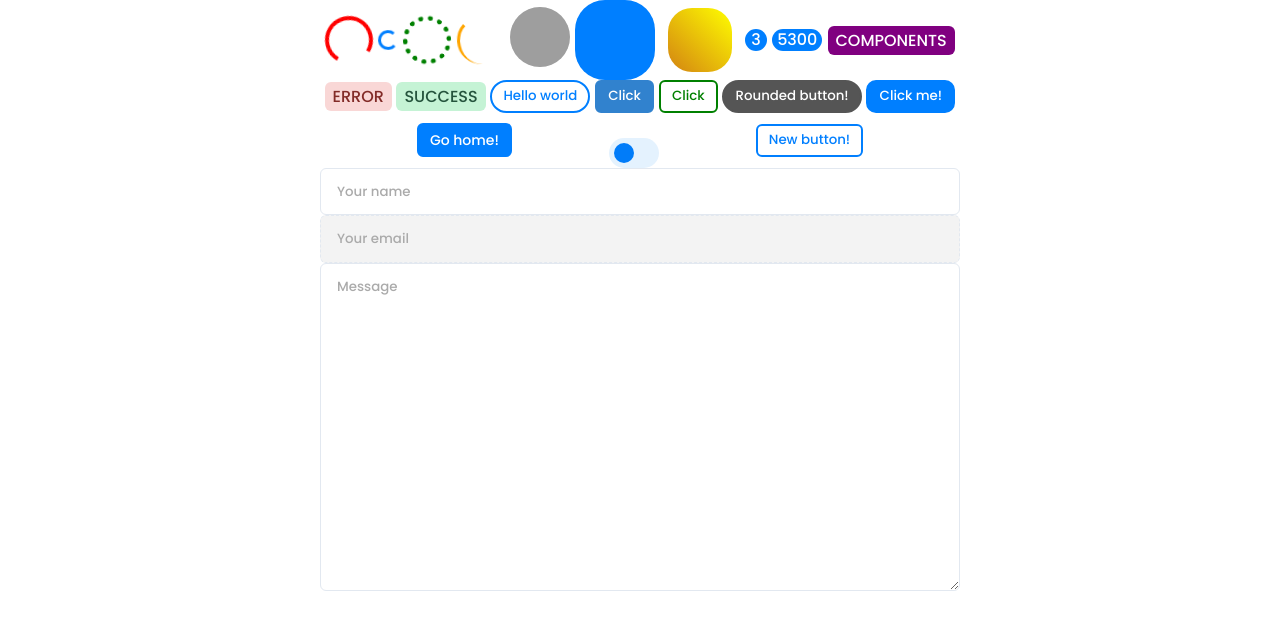
Repository: langf00rd/milky-ui
Page: / (app in example/)
The author's editor kept a copy of each file at every save. The page is drawn from the files as they stood at one save, then again after the next save.
The browser window is 1280 px wide. The pictures show the whole page.
Pictures or frames that could not be fetched are drawn as grey boxes. The project was rebuilt for these pictures with package versions that can differ from the ones it lists, and the page was loaded fresh each time.

Above is the page before, as saved 2022-08-12 13:51:41.

### example/public/index.html
<!DOCTYPE html>
<html lang="en">
  <head>
    <meta charset="utf-8" />
    <link rel="shortcut icon" href="%PUBLIC_URL%/favicon.ico" />
    <meta
      name="viewport"
      content="width=device-width, initial-scale=1, shrink-to-fit=no"
    />
    <meta name="theme-color" content="#000000" />

    <!--
      manifest.json provides metadata used when your web app is added to the
      homescreen on Android. See https://developers.google.com/web/fundamentals/engage-and-retain/web-app-manifest/
    -->
    <link rel="manifest" href="%PUBLIC_URL%/manifest.json" />

    <!--
      Notice the use of %PUBLIC_URL% in the tags above.
      It will be replaced with the URL of the `public` folder during the build.
      Only files inside the `public` folder can be referenced from the HTML.

      Unlike "/favicon.ico" or "favicon.ico", "%PUBLIC_URL%/favicon.ico" will
      work correctly both with client-side routing and a non-root public URL.
      Learn how to configure a non-root public URL by running `npm run build`.
    -->
    <title>milky-ui</title>
  </head>

  <body>
    <noscript>
      You need to enable JavaScript to run this app.
    </noscript>

    <div id="root"></div>

    <!--
      This HTML file is a template.
      If you open it directly in the browser, you will see an empty page.

      You can add webfonts, meta tags, or analytics to this file.
      The build step will place the bundled scripts into the <body> tag.

      To begin the development, run `npm start` or `yarn start`.
      To create a production bundle, use `npm run build` or `yarn build`.
    -->
  </body>
</html>

### example/src/index.css
@import url('https://fonts.googleapis.com/css2?family=Poppins:wght@300;400;500;600&display=swap');

body {
  margin: 0;
  padding: 0;
  font-family: -apple-system, BlinkMacSystemFont, 'Segoe UI', 'Roboto', 'Oxygen',
    'Ubuntu', 'Cantarell', 'Fira Sans', 'Droid Sans', 'Helvetica Neue',
    sans-serif;
  -webkit-font-smoothing: antialiased;
  -moz-osx-font-smoothing: grayscale;
}

* {
  font-family: 'Poppins', sans-serif;
  font-weight: 500;
}

code {
  font-family: source-code-pro, Menlo, Monaco, Consolas, 'Courier New',
    monospace;
}

main {
  display: flex;
  align-items: center;
  flex-wrap: wrap;
  justify-content: space-evenly;
  /*height: 20vh;*/
  width: 50vw;
  margin: auto;
  /*margin-top: 100px;*/
}

input {
  /*margin: 20px;*/
}

### example/src/App.js
import React from "react";
import { useState } from "react";
import { Avatar, Label,Spinner, Meta, Badge, Switch, Button, Input, OutlineButton } from "milky-ui";

const App = () => {
  const [isSwitched, setIsSwitched] = useState(false);

  const buttonClick=()=>{
    alert("Yay! button clicked")
  }

  return (
    <main>
      <Meta
        title="Milky UI Components"
        description="Random description"
        twitterDescription="Twitter description"
        image="https://blog.urbanpiper.com/content/images/2021/06/logo-react.png"
      />
      <Spinner speed={'.5s'} thickness={'4px'} color={'red'} />
      <Spinner thickness={'3px'} size={'20px'} />
      <Spinner color={'green'} variant={1} />
      <Spinner color={'orange'} variant={2} />
      <Avatar src="https://blog.urbanpiper.com/content/images/2021/06/logo-react.png" />
      <Avatar isEmpty={true} radius="30px" bg="#007fff" size="80px" />
      <Avatar isEmpty={true} custom={"transform: scale(.8)"} radius="30px" bg="linear-gradient(45deg, #D38312, yellow)"
              size="80px" />
      <Badge label="3" />
      <Badge label="5300" />
      <Label textColor='lime' bg='purple' text='COMPONENTS' />
      <Label type='error' text='ERROR' />
      <Label type='success' text='SUCCESS' />
      <OutlineButton label={"Hello world"} radius={"1000px"} hoverColor={"red"} />
      <Button bg='#3182ce' label='Click'/>
      <OutlineButton color='green' label='Click'/>
      <Button hoverBg={"green"} radius="9999px" label="Rounded button!" bg={"#555"} />
      <Button radius={"10px"} action={buttonClick} label="Click me!" />
      <Button to={"/home"} label={"Go home!"} />
      <Switch onChange={() => {
        setIsSwitched(!isSwitched);
      }} value={isSwitched} />
      <OutlineButton action={buttonClick} label="New button!" />
      <Input placeholder="Your name" />
      <Input borderStyle='dashed' disabled placeholder="Your email" />
      <Input isMultiline={true} height="300px" resize="vertical" placeholder="Message" />
    </main>
  );
};

export default App;

### src/index.js
export { OutlineButton } from './components/buttons/OutlineButton'
export { Button } from './components/buttons/Button'
export { Input } from './components/inputs/Input'
export { Spinner } from './components/Spinner'
export { Switch } from './components/Switch'
export { Avatar } from './components/Avatar'
export { Badge } from './components/Badge'
export { Label } from './components/Label'
export { Meta } from './components/Meta'

### src/components/buttons/OutlineButton/index.js
import React from 'react'
import { StyledOutlinedButton } from './styles'

export const OutlineButton = ({
  height = '',
  width = '',
  radius = '',
  color = '',
  hoverColor = '',
  label = '',
  action = () => {},
  custom
}) => {
  return (
    <StyledOutlinedButton
      height={height}
      width={width}
      hoverColor={hoverColor}
      radius={radius}
      color={color}
      onClick={action}
      custom={custom}
    >
      {label}
    </StyledOutlinedButton>
  )
}

### src/components/buttons/Button/index.js
import React from 'react'
import { StyledMButton, StyledMLinkButton } from './styles'

const LinkButton = ({ props }) => {
  const {
    bg,
    to,
    radius,
    label,
    height,
    width,
    borderColor,
    textColor,
    hoverTextColor,
    hoverBg,
    action,
    custom
  } = props
  return (
    <StyledMLinkButton
      bg={bg}
      href={to}
      radius={radius}
      height={height}
      width={width}
      borderColor={borderColor}
      textColor={textColor}
      hoverTextColor={hoverTextColor}
      hoverBg={hoverBg}
      onClick={action}
      custom={custom}
    >
      {label}
    </StyledMLinkButton>
  )
}

/***/

const DefaultButton = ({ props }) => {
  const {
    bg,
    radius,
    label,
    height,
    width,
    borderColor,
    textColor,
    hoverTextColor,
    hoverBg,
    action,
    custom
  } = props
  return (
    <StyledMButton
      bg={bg}
      radius={radius}
      height={height}
      width={width}
      borderColor={borderColor}
      textColor={textColor}
      hoverTextColor={hoverTextColor}
      hoverBg={hoverBg}
      onClick={action}
      custom={custom}
    >
      {label}
    </StyledMButton>
  )
}

export const Button = (props) => {
  const { to } = props
  if (to) return <LinkButton props={props} />
  return <DefaultButton props={props} />
}

### src/components/inputs/Input/index.js
import React from 'react'
import { StyledInput, StyledMultilineInput } from './styles'

export const Input = ({
  disabled = false,
  height = '',
  resize = '',
  padding = '',
  isMultiline = false,
  onChange = () => {},
  value,
  focusBg = '',
  focusBorderColor = '',
  width = '',
  radius = '',
  placeholder = '',
  borderStyle = '',
  placeholderColor = '',
  borderColor = '',
  bg = '',
  borderWidth = '',
  custom
}) => {
  if (isMultiline)
    return (
      <StyledMultilineInput
        focusBorderColor={focusBorderColor}
        placeholder={placeholder}
        onChange={onChange}
        disabled={disabled}
        custom={custom}
        focusBg={focusBg}
        padding={padding}
        borderWidth={borderWidth}
        resize={resize}
        radius={radius}
        height={height}
        value={value}
        borderStyle={borderStyle}
        placeholderColor={placeholderColor}
        borderColor={borderColor}
        width={width}
        bg={bg}
      />
    )

  return (
    <StyledInput
      focusBorderColor={focusBorderColor}
      placeholder={placeholder}
      onChange={onChange}
      disabled={disabled}
      focusBg={focusBg}
      padding={padding}
      borderWidth={borderWidth}
      radius={radius}
      borderStyle={borderStyle}
      placeholderColor={placeholderColor}
      borderColor={borderColor}
      value={value}
      width={width}
      bg={bg}
    />
  )
}

### src/components/Spinner/index.js
import React from 'react'
import { StyledSpinner, StyledSpinner1, StyledSpinner2 } from './styles'

export const Spinner = (props) => {
  const { size, color, variant, thickness, speed } = props
  if (variant === 1)
    return (
      <StyledSpinner1
        thickness={thickness}
        speed={speed}
        size={size}
        color={color}
      />
    )
  if (variant === 2)
    return (
      <StyledSpinner2
        thickness={thickness}
        speed={speed}
        size={size}
        color={color}
      />
    )
  return (
    <StyledSpinner
      thickness={thickness}
      speed={speed}
      size={size}
      color={color}
    />
  )
}

### src/components/Switch/index.js
import React from 'react'
import { StyledLabel, StyledSwitch } from './style'

export const Switch = ({
  value = false,
  onChange = () => {},
  thumbColor = '',
  activeColor = '',
  inactiveColor = ''
}) => {
  return (
    <span>
      <StyledSwitch
        activeColor={activeColor}
        checked={value}
        onChange={onChange}
        type='checkbox'
        id='switch'
      />
      <StyledLabel
        thumbColor={thumbColor}
        inactiveColor={inactiveColor}
        htmlFor='switch'
      />
    </span>
  )
}

### src/components/Avatar/index.js
import React from 'react'
import { StyledAvatar, StyledAvatarWrapper, StyledEmptyAvatar } from './styles'

export const Avatar = ({
  action = () => {},
  alt = '',
  bg = '',
  isEmpty = false,
  fit = '',
  size = '',
  src = '',
  radius = '',
  custom
}) => {
  if (isEmpty)
    return (
      <StyledAvatarWrapper>
        <StyledEmptyAvatar
          fit={fit}
          bg={bg}
          custom={custom}
          size={size}
          radius={radius}
          src={src}
          onClick={action}
          isEmpty={isEmpty}
        />
      </StyledAvatarWrapper>
    )

  return (
    <StyledAvatarWrapper>
      <StyledAvatar
        fit={fit}
        bg={bg}
        custom={custom}
        size={size}
        radius={radius}
        src={src}
        alt={alt}
        onClick={action}
        isEmpty={isEmpty}
      />
    </StyledAvatarWrapper>
  )
}

### src/components/Badge/index.js
import React from 'react'
import { StyledBadge } from './styles'

export const Badge = ({
  label = '',
  bg = '',
  size = '',
  textColor = '',
  radius = '',
  fontSize = '',
  custom
}) => {
  return (
    <StyledBadge
      bg={bg}
      textColor={textColor}
      radius={radius}
      fontSize={fontSize}
      size={size}
      custom={custom}
    >
      {label}
    </StyledBadge>
  )
}

### src/components/Label/index.js
import React from 'react'
import { StyledErrorLabel, StyledLabel, StyledSucessLabel } from './styles'

export const Label = (props) => {
  const { text, textColor, bg, type } = props
  if (type === 'success') return <StyledSucessLabel>{text}</StyledSucessLabel>
  if (type === 'error') return <StyledErrorLabel>{text}</StyledErrorLabel>
  return (
    <StyledLabel color={textColor} bg={bg}>
      {text}
    </StyledLabel>
  )
}

### src/components/buttons/OutlineButton/styles.js
import styledComponents from 'styled-components'
import { constStyles } from '../../../constants/styles.const'

export const StyledOutlinedButton = styledComponents.button`
    // padding: .7rem 1.3rem;
    // height: ${(p) => (p.height ? p.height : '')};
    // width: ${(p) => (p.width ? p.width : 'max-content')};
    // border: 2.3px solid ${(p) => (p.color ? p.color : '#007fff')};
    // cursor: pointer;
    // border-radius: ${(p) => (p.radius ? p.radius : '10px')};
    // background: transparent;
    // color: ${(p) => (p.color ? p.color : '#007fff')};
    // transition: 0.1s linear;
    // display:flex;
    // align-items:center;
    // justify-content:center;
    // user-select: none;

    border-radius: ${(p) => (p.radius ? p.radius : constStyles.radius)};
    border: 2.3px solid ${(p) => (p.color ? p.color : '#007fff')};
    width: ${(p) => (p.width ? p.width : 'max-content')};
    color: ${(p) => (p.color ? p.color : '#007fff')};
    height: ${(p) => (p.height ? p.height : '')};
    cursor: pointer;
    background: transparent;
    transition: 0.1s linear;
    align-items:center;
    justify-content:center;
    user-select: none;
    display: inline-flex;
    -webkit-box-align: center;
    white-space: nowrap;
    vertical-align: middle;
    line-height: 1.2;
    padding: 0.4rem 0.7rem;

    &:hover  {
        color: ${(p) => (p.hoverColor ? p.hoverColor : p.hoverColor)};
        border-color: ${(p) => (p.hoverColor ? p.hoverColor : p.hoverColor)};
    }

    &:active {
        box-shadow: rgb(38 57 77) 0px 6px 21px -11px;
        transform: scale(0.9);
    }

    ${(p) => (p.custom ? p.custom : null)};
`

### src/components/buttons/Button/styles.js
import styledComponents from 'styled-components'
import { constStyles } from '../../../constants/styles.const'

export const StyledMButton = styledComponents.button`
    border-radius: ${(p) => (p.radius ? p.radius : constStyles.radius)};
    border: 2.3px solid ${(p) => (p.bg ? p.bg : '#007fff')};
    color: ${(p) => (p.textColor ? p.textColor : '#fff')};
    width: ${(p) => (p.width ? p.width : 'max-content')};
    background: ${(p) => (p.bg ? p.bg : '#007fff')};
    height: ${(p) => (p.height ? p.height : '')};
    cursor: pointer;
    transition: 0.1s linear;
    align-items:center;
    justify-content:center;
    user-select: none;
    display: inline-flex;
    -webkit-box-align: center;
    white-space: nowrap;
    vertical-align: middle;
    line-height: 1.2;
    padding: 0.4rem 0.7rem;

    &:hover {
        color: ${(p) => (p.hoverTextColor ? p.hoverTextColor : p.textColor)};
        border-color: ${(p) => (p.hoverBg ? p.hoverBg : p.hoverBg)};
        background: ${(p) => (p.hoverBg ? p.hoverBg : p.bg)};
    }

    &:active {
        transform: scale(0.9);
        box-shadow: rgb(38 57 77) 0px 6px 21px -11px;
    }

    ${(p) => (p.custom ? p.custom : null)};
`

/***/

export const StyledMLinkButton = styledComponents.a`
    height: ${(p) => (p.height ? p.height : '')};
    width: ${(p) => (p.width ? p.width : 'max-content')};
    border: 2.3px solid ${(p) => (p.bg ? p.bg : '#007fff')};
    cursor: pointer;
    border-radius: ${(p) => (p.radius ? p.radius : constStyles.radius)};
    background: ${(p) => (p.bg ? p.bg : '#007fff')};
    color: ${(p) => (p.textColor ? p.textColor : '#fff')};
    transition: 0.1s linear;
    align-items:center;
    justify-content:center;
    user-select: none;
    display: inline-flex;
    -webkit-box-align: center;
    white-space: nowrap;
    vertical-align: middle;
    line-height: 1.2;
    padding: 0.4rem 0.7rem;
    text-decoration: none;
    font-size: 14px;

    &:hover,
    &:active {
        color: ${(p) => (p.bg ? p.bg : p.textColor)};
        background: ${(p) => (p.hoverBg ? p.hoverBg : p.bg)};
        border-color: ${(p) => (p.hoverBg ? p.hoverBg : p.hoverBg)};
    }

    &:active {
        transform: scale(0.9);
        box-shadow: rgb(38 57 77) 0px 6px 21px -11px;
    }

    ${(p) => (p.custom ? p.custom : null)};
`

### src/components/inputs/Input/styles.js
import styledComponents from 'styled-components'
import { colors } from '../../../constants/colors.const'
import { constStyles } from '../../../constants/styles.const'

export const StyledInput = styledComponents.input`
    border-color: ${(p) =>
      p.borderColor ? p.borderColor : colors.borderColor};
    border-width: ${(p) => (p.borderWidth ? p.borderWidth : '1px')};
    border-radius: ${(p) => (p.radius ? p.radius : constStyles.radius)};
    border-style: ${(p) => (p.borderStyle ? p.borderStyle : 'solid')};
    padding: 0.8rem 1rem;
    background: ${(p) => (p.bg ? p.bg : '#fff')};
    width: ${(p) => (p.width ? p.width : '100%')};
    outline-color: ${(p) =>
      p.focusBorderColor ? p.focusBorderColor : colors.inputOutlineColor};

    &:focus {
      box-shadow: 0 0 10px 0px ${colors.shadowColor};
      background: ${(p) => (p.focusBg ? p.focusBg : '#fff')};
    }

    &:disabled {
        background: ${colors.disabledInputColor};
    }

    &::placeholder {
      color: ${(p) =>
        p.placeholderColor ? p.placeholderColor : colors.placeholderColor}
    }

    ${(p) => (p.custom ? p.custom : null)};
`

export const StyledMultilineInput = styledComponents.textarea`
    outline-color: ${(p) =>
      p.focusBorderColor ? p.focusBorderColor : colors.inputOutlineColor};
    height: ${(p) => (p.height ? p.height : '')};
    resize ${(p) => (p.resize ? p.resize : 'none')};
    border-color: ${(p) =>
      p.borderColor ? p.borderColor : colors.borderColor};
      border-width: ${(p) => (p.borderWidth ? p.borderWidth : '1px')};
    border-radius: ${(p) => (p.radius ? p.radius : constStyles.radius)};
    border-style: ${(p) => (p.borderStyle ? p.borderStyle : 'solid')};
    background: ${(p) => (p.bg ? p.bg : '#fff')};
    width: ${(p) => (p.width ? p.width : '100%')};
    font-family: inherit;
    padding: 0.8rem 1rem;
    text-align: left;

    &:focus {
      background: ${(p) => (p.focusBg ? p.focusBg : '#fff')};
      box-shadow: 0 0 10px 0px ${colors.shadowColor};
    }

    &:disabled {
        background: ${colors.disabledInputColor};
    }

    &::placeholder {
      color: ${(p) =>
        p.placeholderColor ? p.placeholderColor : colors.placeholderColor}
    }

    ${(p) => (p.custom ? p.custom : null)};
`

### src/components/Spinner/styles.js
import styledComponents from 'styled-components'
import { colors } from '../../constants/colors.const'

export const StyledSpinner = styledComponents.div`
  width: ${(p) => (p.size ? p.size : '48px')};
  height: ${(p) => (p.size ? p.size : '48px')};
  border: ${(p) => (p.thickness ? p.thickness : '4px')} solid ${(p) =>
  p.color ? p.color : colors.primary};
  border-bottom-color: transparent;
  border-radius: 50%;
  display: inline-block;
  box-sizing: border-box;
  animation: rotation  ${(p) => (p.speed ? p.speed : '2s')} linear infinite;

  @keyframes rotation {
  0% { transform: rotate(0deg); }
  100% { transform: rotate(360deg); }
`

/***/

export const StyledSpinner1 = styledComponents.div`
  width: ${(p) => (p.size ? p.size : '48px')};
  height: ${(p) => (p.size ? p.size : '48px')};
  border: 5px dotted ${(p) => (p.color ? p.color : colors.primary)};
  border-radius: 50%;
  display: inline-block;
  position: relative;
  box-sizing: border-box;
  animation: rotation ${(p) => (p.speed ? p.speed : '2s')} linear infinite;

  @keyframes rotation {
  0% {
    transform: rotate(0deg);
  }
  100% {
    transform: rotate(360deg);
  }
}
`

/***/

export const StyledSpinner2 = styledComponents.div`
  width: ${(p) => (p.size ? p.size : '48px')};
  height: ${(p) => (p.size ? p.size : '48px')};
  border-radius: 50%;
  display: inline-block;
  border-top: ${(p) => (p.thickness ? p.thickness : '3px')} solid ${(p) =>
  p.color ? p.color : colors.primary};
  border-right: 3px solid transparent;
  box-sizing: border-box;
  animation: rotation  ${(p) => (p.speed ? p.speed : '2s')} linear infinite;

  @keyframes rotation {
  0% {
    transform: rotate(0deg);
  }
  100% {
    transform: rotate(360deg);
  }
}
`

### src/components/Switch/style.js
import styledComponents from 'styled-components'

export const StyledSwitch = styledComponents.input`
    height: 0;
    width: 0;
    visibility: hidden;

    &:checked+label:after {
        left: calc(100% - 5px);
        transform: translateX(-100%);
    }

    &:checked+label {
        background: ${(p) => (p.activeColor ? p.activeColor : '#2195f351')};
    }
`

export const StyledLabel = styledComponents.label`
    cursor: pointer;
    text-indent: -9999px;
    width: 50px;
    height: 30px;
    display: block;
    border-radius: 100px;
    position: relative;
    background: ${(p) => (p.inactiveColor ? p.inactiveColor : '#2196f31f')};

    &:after {
        content: '';
        position: absolute;
        top: 5px;
        left: 5px;
        width: 20px;
        height: 20px;
        background: ${(p) => (p.thumbColor ? p.thumbColor : '#017cf9')};
        border-radius: 90px;
        transition: 0.3s;
    }
    // stretchy bouncy effect on click
    // &:active:after {
    //     width: 30px;
    // }
`

### src/components/Avatar/styles.js
import styledComponents from 'styled-components'

export const StyledAvatar = styledComponents.img`
    border-radius: ${(p) => (p.radius ? p.radius : '9999px')};
    background: ${(p) => (p.bg ? p.bg : '#f1f1f1')};
    object-fit: ${(p) => (p.fit ? p.fit : 'cover')};
    height: ${(p) => (p.size ? p.size : '60px')};
    width: ${(p) => (p.size ? p.size : '60px')};
    ${(p) => (p.custom ? p.custom : null)};
`

export const StyledEmptyAvatar = styledComponents.div`
    border-radius: ${(p) => (p.radius ? p.radius : '9999px')};
    background: ${(p) => (p.bg ? p.bg : '#f1f1f1')};
    object-fit: ${(p) => (p.fit ? p.fit : 'cover')};
    height: ${(p) => (p.size ? p.size : '60px')};
    width: ${(p) => (p.size ? p.size : '60px')};
    ${(p) => (p.custom ? p.custom : null)};
`

export const StyledAvatarWrapper = styledComponents.div`
    width: max-content;
`

### src/components/Badge/styles.js
import styledComponents from 'styled-components'

export const StyledBadge = styledComponents.div`
  font-size: ${(p) => (p.fontSize ? p.fontSize : 'inherit')};
  border-radius: ${(p) => (p.radius ? p.radius : '500px')};
  color: ${(p) => (p.textColor ? p.textColor : '#fff')};
  min-width: ${(p) => (p.size ? p.size : '22px')};
  background: ${(p) => (p.bg ? p.bg : '#007fff')};
  height: ${(p) => (p.size ? p.size : '22px')};
  box-sizing: border-box;
  padding: 0 5px;
  vertical-align: middle;
  display: inline-flex;
  justify-content: center;
  align-items: center;
  line-height: 0;
  ${(p) => (p.custom ? p.custom : null)};
`

### src/components/Label/styles.js
import styledComponents from 'styled-components'
import { colors } from '../../constants/colors.const'
import { constStyles } from '../../constants/styles.const'

export const StyledLabel = styledComponents.div`
    background: ${(p) => (p.bg ? p.bg : colors.primary)};
    border-radius: ${constStyles.radius};
    color: ${(p) => (p.textColor ? p.textColor : '#fff')};
    padding: 2px 8px;
`

/***/

export const StyledSucessLabel = styledComponents.div`
background: ${colors.sucess};
border-radius: ${constStyles.radius};
color: ${colors.successTextColor};
padding: 2px 8px;
`

/***/

export const StyledErrorLabel = styledComponents.div`
background: ${colors.error};
border-radius: ${constStyles.radius};
color: ${colors.errorTextColor};
padding: 2px 8px;
`

### src/constants/meta.const.js
export const META_CONTENT = {
  robots: 'follow, index',
  description: '',
  site_name: '',
  image_alt: '',
  image: '',
  title: '',
  url: '',

  /* Twitter meta data */
  twitter_card: 'summary_large_image',
  twitter_description: '',
  twitter_image_alt: '',
  twitter_creator: '',
  twitter_domain: '',
  twitter_title: '',
  twitter_image: '',
  twitter_url: '',

  /* Open Graph / Facebook data */
  og_description: '',
  og_image_alt: '',
  og_site_name: '',
  og_title: '',
  og_image: '',
  og_type: '',
  og_url: ''
}

### src/constants/styles.const.js
export const constStyles = {
  radius: '0.375rem'
}

### src/constants/colors.const.js
export const colors = {
  primary: '#007fff',
  secondary: '',
  accent: '',
  inputOutlineColor: '#007fff55',
  inputBorderColor: '#e1e1e1',
  shadowColor: '#b3b3b340',
  disabledInputColor: '#f1f1f1cc',
  placeholderColor: '#aaa',
  borderColor: '#E2E8F0',
  sucess: '#C5F3D5',
  error: '#F9D7D6',
  successTextColor: '#25543D',
  errorTextColor: '#822B27'
}

Loaded but not shown: example/src/index.js (common file); src/components/Meta/index.js (63 lines, source omitted)

After the next save:
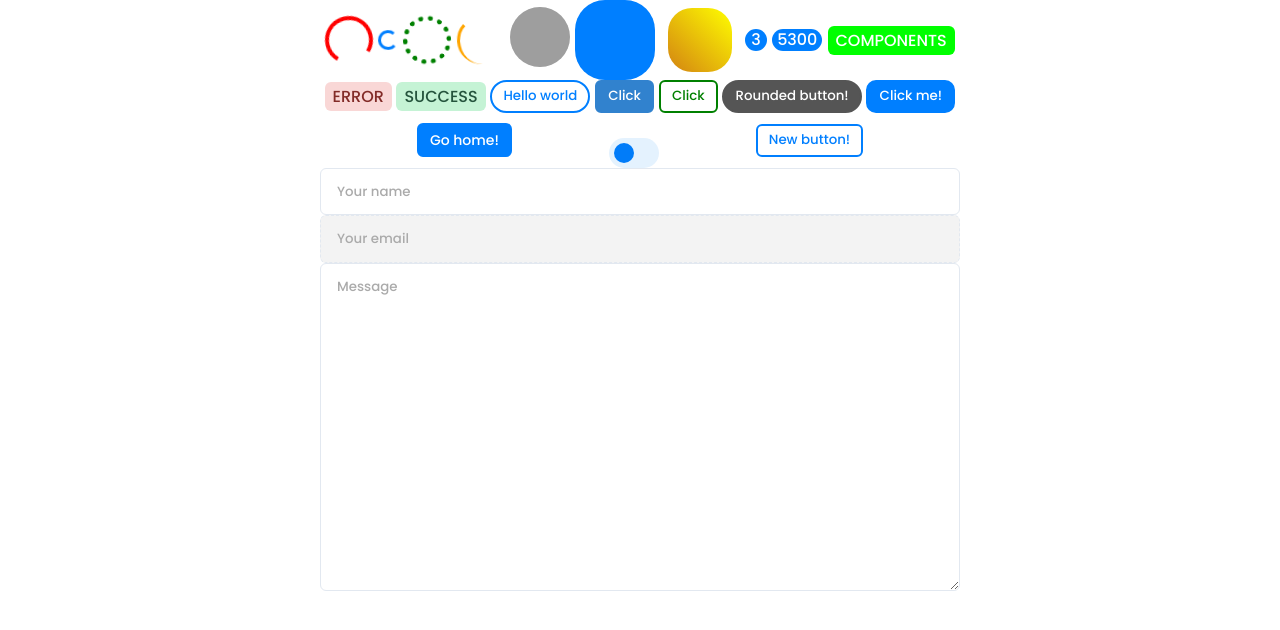
Saved 13 s later.
--- a/example/src/App.js
+++ b/example/src/App.js
@@ -27,7 +27,7 @@ const App = () => {
               size="80px" />
       <Badge label="3" />
       <Badge label="5300" />
-      <Label textColor='lime' bg='purple' text='COMPONENTS' />
+      <Label bg='lime' textColor='purple' text='COMPONENTS' />
       <Label type='error' text='ERROR' />
       <Label type='success' text='SUCCESS' />
       <OutlineButton label={"Hello world"} radius={"1000px"} hoverColor={"red"} />
